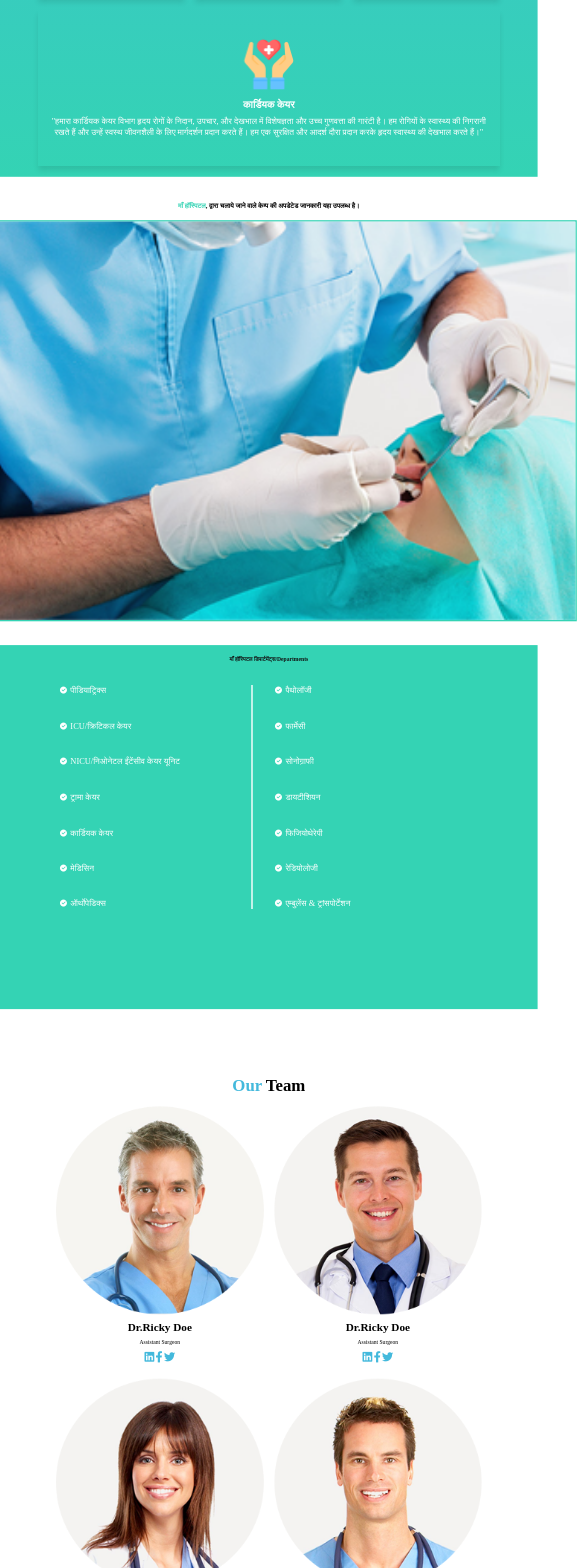
Repository: Aayush919/test
Page: index.html
These files come from the project's save history. The page is drawn as it stood at one moment and after the next save; the edit follows.
The browser window is 768 px wide. The page is 824 px wide, so the pictures cover 824 px, including what lies to the right of the window. The pictures show the part of the page from y = 1651 to 3891 px (the page is 4634 px tall), at 70% of full size.

Above is the page before, as saved 2023-10-15 08:57:08.

### index.html
<!DOCTYPE html>
<html lang="en">
<head>
    <meta charset="UTF-8">
    <meta http-equiv="X-UA-Compatible" content="IE=edge">
    <meta name="viewport" content="width=device-width, initial-scale=1.0">
    <link href="https://cdn.jsdelivr.net/npm/remixicon@3.5.0/fonts/remixicon.css" rel="stylesheet">
    <link rel="stylesheet" href="fontawesome-free-5.15.3-web/css/all.min.css">
    <link rel="stylesheet" href="style.css">
</head>
<body>
    <header class="header">
        <a href="#" id="logo"><span>माँ </span> हॉस्पिटल <span id="guna">गुना</span></a>

        <nav class="navbar">
        <a href="#">होम</a>
        <a href="#">अबाउट</a>
        <a href="#">गैलरी</a>
        <a href="#">ब्लॉग</a>
        <a href="#">संपर्क</a>

        </nav>

    <div class="icons">
        <i class="ri-linkedin-fill"></i>
        <i class="ri-whatsapp-fill"> </i>

    </div>

<a href="#" id="menu_bars" class="fas fa-bars"></a>
    </header>

   <div class="container">
       <div class="main-text">
           <h2> हमारे पास आपके लिए सर्वोत्तम चिकित्सा योजना विकल्प हैं !</h2>
           <button>संपर्क</button>
       </div>
   </div>
<!-- services we provide -->
<div class="service-section">
    <h2 id="ourservices">हमारी सर्विसेज</h2>
    <div class="inner-service-section">
        <div class="service-box">
            <img src="./images/opd.png" alt="">
        <h2 >मल्टी-स्पेशिलिटी OPD सर्विसेज</h2>
        <p><span>"माँ हॉस्पिटल गुना</span>, आपके लिए मल्टी-स्पेशियलिस्ट आउटपेशेंट डिपार्टमेंट (OPD) सेवा प्रदान करता है, जहाँ रोगियों को विभिन्न चिकित्सा क्षेत्रों के विशेषज्ञों का साथ एक ही छत के नीचे प्राप्त होता है।"</p>
        </div>
        <div class="service-box">
             <img src="./images/em.png" alt="">
        <h2>24*7 इमरजेंसी सर्विसेज</h2>

        <p>
            <span>"माँ हॉस्पिटल गुना</span>, 24*7 ( इमरजेंसी सर्विसेज ) आपातकालीन सेवाएँ प्रदान करते हैं, यानि हमेशा आपके स्वास्थ्य की देखभाल के लिए तैयार खड़े हैं, चाहे रात या दिन
            के किस भी समय हो।"
     </p>
        </div>
        <div class="service-box">
            <img src="./images/icu.png" alt="">
        <h2>ICU/क्रिटिकल केयर</h2>
        <p><span>"माँ हॉस्पिटल गुना</span>, में ICU और गंभीर देखभाल विभाग उन रोगियों के लिए है जो जीवन संकट की स्थिति में हैं। हम उनके लिए उनकी स्वास्थ्य स्थिति की सख्त निगरानी और उच्च गुणवत्ता वाला उपचार प्रदान करने के लिए समर्पित हैं।"
        </p>
        </div>

        <div class="service-box">
            <img src="./images/nicu.png" alt="">
        <h2>NICU/निओनेटल ईंटेंसीव केयर यूनिट</h2>
        <p><span>"माँ हॉस्पिटल गुना</span>,में NICU एक अलग शिशु चिकित्सा इकाई है, जिसमें अलग से जन्म वाले और बाहर से आए शिशुओं के लिए विशेष सेवाएँ उपलब्ध हैं। हम शिशुओं की स्वास्थ्य स्थिति की देखभाल करने और उनके जीवन को बचाने के लिए सशक्त प्रतिबद्ध हैं।"</p>
        </div>
    </div>


    <div class="inner-service-section">
        <div class="service-box">
            <img src="./images/pharmacy.png" alt="">
        <h2>24*7 फार्मेसी </h2>
        <p>"हम 24*7 फार्मेसी सेवा प्रदान करते हैं, ताकि आपको दवाओं और आवश्यक स्वास्थ्य सामग्री की आवश्यकता होने पर भी दिन रात किसी भी समय मिल सके।"
        </p>
        </div>
        <div class="service-box">
          <img src="./images/pathology.png" alt="">
        <h2>पैथोलॉजी</h2>
        <p>"हमारा पैथोलॉजी लैब उच्च गुणवत्ता वाली पथोलॉजी सेवाएँ प्रदान करता है और रोगीयों के निदान और चिकित्सा की सही दिशा में मदद करता है।"</p>
        </div>
        <div class="service-box">
          <img src="./images/ambulance.png" alt="">
        <h2>24*7 एम्बुलेंस</h2>
        <p>"हम एम्बुलेंस सेवा और यातायात की सुविधा प्रदान करते हैं, ताकि आपके स्वास्थ्य आवश्यकता के समय हमारे द्वारा आपको त्वरित और सुरक्षित रूप से पहुंचाया जा सके।"</p>
        </div>

        <div class="service-box">
       <img src="/images/cardiac.png" alt="">
        <h2>कार्डियक केयर</h2>
        <p>"हमारा कार्डियक केयर विभाग हृदय रोगों के निदान, उपचार, और देखभाल में विशेषज्ञता और उच्च गुणवत्ता की गारंटी है। हम रोगियों के स्वास्थ्य की निगरानी रखते हैं और उन्हें स्वस्थ जीवनशैली के लिए मार्गदर्शन प्रदान करते हैं। हम एक सुरक्षित और आदर्श दौरा प्रदान करके हृदय स्वास्थ्य की देखभाल करते हैं।"</p>
        </div>
    </div>
</div>





<div class="work-section">
    <div class="inner-work-section">
        <h2><span>माँ हॉस्पिटल</span>, द्वारा चलाये जाने वाले केम्प की अपडेटेड जानकारी यहा उपलब्ध है।
        </h2>
        <img src="./images/gallery 1.png" alt="">
        </div>
</div>


<!-- our gallery -->
<div class="depart">
    <h1>माँ हॉस्पिटल डिपार्टमेंट्स/Departments</h1>
    <div id="keyservice">
        <div id="bx1">
            <h3><span><i class="ri-checkbox-circle-fill"></i></span><a href="#pg1">पीडियाट्रिक्स</a></h3>
            <h3><span><i class="ri-checkbox-circle-fill"></i></span><a href="#pg2">ICU/क्रिटिकल केयर</a></h3>
            <h3><span><i class="ri-checkbox-circle-fill"></i></span><a href="#pg4">NICU/निओनेटल ईंटेंसीव केयर यूनिट</a></h3>
            <h3><span><i class="ri-checkbox-circle-fill"></i></span><a href="#pg5">ट्रामा केयर </a></h3>
            <h3><span><i class="ri-checkbox-circle-fill"></i></span><a href="#pg6">कार्डियक केयर</a></h3>
            <h3><span><i class="ri-checkbox-circle-fill"></i></span><a href="#pg9">मेडिसिन</a></h3>
            <h3><span><i class="ri-checkbox-circle-fill"></i></span><a href="#pg3">ऑर्थोपेडिक्स</a></h3>

        </div>
        <div id="bx2">
            <h3><span><i class="ri-checkbox-circle-fill"></i></span><a href="#pg8">पैथोलॉजी
            </a></h3>
            <h3><span><i class="ri-checkbox-circle-fill"></i></span><a href="#pg7">फार्मेसी</a></h3>
            <h3><span><i class="ri-checkbox-circle-fill"></i></span><a href="#pg10">सोनोग्राफी</a></h3>
            <h3><span><i class="ri-checkbox-circle-fill"></i></span><a href="#pg11">डायटीशियन</a></h3>
            <h3><span><i class="ri-checkbox-circle-fill"></i></span><a href="#pg12">फिजियोथेरेपी
            </a></h3>
            <h3><span><i class="ri-checkbox-circle-fill"></i></span><a href="#pg13">रेडियोलोजी</a></h3>
            <h3><span><i class="ri-checkbox-circle-fill"></i></span><a href="#pg14">एम्बुलेंस &  ट्रांसपोर्टेशन </a></h3>

        </div>
    </div>
</div>
<!-- our gallery ended -->

<!-- our team seaction -->
<div class="ourteam-section">
    <h2><span>our</span> team</h2>
    <div class="ourteam-inner">
        <div class="section-box">
            <img src="images/ourteam1.png" alt="">
            <h3>Dr.Ricky Doe</h3>
            <p>assistant surgeon</p>
            <div class="team-social-links">
                <i class="fab fa-linkedin"></i>
                <i class="fab fa-facebook-f"></i>
                <i class="fab fa-twitter"></i>
            </div>
        </div>
        <div class="section-box">
            <img src="images/ourteam2.png" alt="">
            <h3>Dr.Ricky Doe</h3>
            <p>assistant surgeon</p>
            <div class="team-social-links">
                <i class="fab fa-linkedin"></i>
                <i class="fab fa-facebook-f"></i>
                <i class="fab fa-twitter"></i>
            </div>
        </div>
        <div class="section-box">
            <img src="images/ourteam3.png" alt="">
            <h3>Dr.Ricky Doe</h3>
            <p>assistant surgeon</p>
            <div class="team-social-links">
                <i class="fab fa-linkedin"></i>
                <i class="fab fa-facebook-f"></i>
                <i class="fab fa-twitter"></i>
            </div>
        </div>
        <div class="section-box">
            <img src="images/ourteam4.png" alt="">
            <h3>Dr.Ricky Doe</h3>
            <p>assistant surgeon</p>
            <div class="team-social-links">
                <i class="fab fa-linkedin"></i>
                <i class="fab fa-facebook-f"></i>
                <i class="fab fa-twitter"></i>
            </div>
        </div>

    </div>

</div>
<!-- our team seaction -->

<!-- creating footer -->

<div class="main-footer">
    <div class="inner-footer">
        <h2>get in touch</h2>
        <a href="#">dummy</a>
        <a href="#">dummy</a>
        <a href="#">dummy</a>
        <a href="#">dummy</a>
        <a href="#">dummy</a>
    </div>

    <div class="inner-footer">
        <h2>quick links</h2>
        <a href="#">dummy</a>
        <a href="#">dummy</a>
        <a href="#">dummy</a>
        <a href="#">dummy</a>
        <a href="#">dummy</a>
    </div>

    <div class="inner-footer">
        <h2>services</h2>
        <a href="#">dummy</a>
        <a href="#">dummy</a>
        <a href="#">dummy</a>
        <a href="#">dummy</a>
        <a href="#">dummy</a>
    </div>
</div>

<!-- creating footer -->




















    <script src="script.js"></script>
</body>
</html>




<!-- <div class="gel">

    <div class="galleryheading">
        <h2>हमारी <span> गैलरी</span></h2>
    </div>
    <div class="gallery">
        <img src="./images/gallery 1.png" alt="">
        <img src="./images/gallery 1.png"  alt="">
        <img src="./images/gallery3.png" alt="">
        <img src="./images/gallery 4.png" alt="">
        <img src="./images/gallery5.png" alt="">
        <img src="./images/gallery6.png" alt="">
        <img src="/images/gallery6.png" alt="">
        <img src="/images/gallery6.png" alt="">
        <img src="/images/gallery6.png" alt="">
    </div>

</div> -->

### style.css
@import url('https://fonts.googleapis.com/css2?family=Roboto:wght@100;300;400;500;700&display=swap');
:root{
    --fontcolor:#43b9dc;
    --backgroundcolor:#34d3b4;
}
*{
    margin: 0;
    padding: 0;
    font-family:gilroy;
    box-sizing: border-box;
    transition: all .2s linear;
    text-transform: capitalize;
    text-decoration: none;
}
html{
    font-size: 62.5%;
    overflow-x: hidden;
    scroll-behavior: smooth;
}
header{
    position: fixed;
    top: 0;
    left: 0;
    right: 0;
    padding: 2rem 7%;
    display: flex;
    justify-content: space-between;
    align-items: center;
    background:white;
    box-shadow: 0 1rem 1rem rgb(0, 0, 0, .1);
    z-index: 10000000;
}
#guna{
    font-size: 15px;

}
header #logo{
    font-size: 3rem;
    color: black;
}
header #logo span{
    color: var(--fontcolor);
}
header .navbar a{
    font-weight: 600;

    font-size: 1.8rem;
    color: var(--fontcolor);
    margin-left: 1.5rem;
}
.icons i{
font-size: 2rem;
color: var(--fontcolor);
margin-left: 1rem;
}
header #menu_bars{
    font-size: 2rem;
    color: var(--fontcolor);
    display: none;
}
header .navbar.active{
    left: 0;
    transition: .5s;
}
.main-image{

    background-repeat: no-repeat;
    background-size: cover;
    background-position: center;
    width: 100%;
    margin-top: 75px;
    height: 100vh;
}
.container{
    background: url("./images/headerimage.jpg");
    width: 100%;
    padding-top: 8.5rem;
    background-position: center;
    background-size: cover;
    background-repeat: no-repeat;
    height: 100vh;
}
.container .main-text{
    width: 50%;
    position: absolute;
    top: 200px;
    padding: 0 2rem;
    text-align: center;
}
.container .main-text h2{
    font-size: 40px;
    color: #fff;
    padding-bottom: 1.5rem;
}
.container .main-text button{
    padding: 1.5rem 3.5rem;
    background: #3FC1D1;
    color: white;
    border: none;
    border-radius:1px;

    font-weight: 700;
}
.service-section{
    padding: 2rem 7%;
    background: linear-gradient(#43b9dc, #34d3b4);
    min-height: 50vh;
}
#ourservices{
    color: white;
    font-size: 30px;
    padding: 2rem 0;
    text-align: center;
}
.inner-service-section{
    display: flex;
    flex-wrap: wrap;
    gap: 15px;
    justify-content: center;
    text-align: center;
}
.service-box{
    flex: 1 1 200px;
    padding: 5rem 0;
    box-shadow: 0 1rem 1rem rgba(0, 0, 0, .1);
}
.service-box img{
    color: white;
     height: 10rem;
    padding: .5rem 0;
}

.service-box h2{
    color: white;
    font-size: 1.8rem;
    padding: 1rem 0;
}
.service-box p{
    color: white;
    font-size: 1.5rem;
    padding: 0 1rem;
}
.work-section{
    padding: 4rem 7%;
    display: grid;
    grid-template-columns: 2fr 1fr;
    justify-content: center;

}
.inner-work-section img{
    width:  110rem;
    border: 2px solid #34d3b4;
    margin-top: 10px;
}
.inner-work-section h2{
    font-size: 2rem;
    padding: .5rem 0;

}
.inner-work-section h2 span{
    color:#34d3b4;

}
.scnclass{
    padding: 0 1rem;
}
.myimages{
    display: grid;
    grid-template-columns: 1fr 1fr;
    padding-top: 1rem;
}
.btn{
    padding: 1rem 3rem;
    background: var(--backgroundcolor);
    border-radius: 15px;
   display: inline-block;
   color: white;
   font-size: 18px;
   margin-top: 5px;
}
.creative-text{
    padding: 2rem 0;
}
.depart{
    background: var(--backgroundcolor);
    min-height: 85vh;
    padding: 2rem 9%;
}
.depart h1{
    color:#111;
    display: flex;
    align-self: center;
    justify-content: center;
    font-size: 2rem;
}

/* .galleryheading{ */
    /* color: #111;
    padding: 2rem 0;
    text-align: center;
    font-size: 20px;
}
.galleryheading span{
    color: var(--fontcolor);
}
.main-gallery .gallery-box{
    flex: 1 1 300px;
}
.main-gallery{
    display: flex;
    flex-wrap: wrap;
    gap: 15px;
}
.gallery-box img{
    width: 100%;
} */
.ourteam-section{
    padding: 10rem;
}
.ourteam-section h2{
    padding: 2rem;
    font-size: 3rem;
    text-align: center;
}
.ourteam-section h2 span{
    color: var(--fontcolor);
}
.ourteam-inner{
    display: flex;
    flex-wrap: wrap;

    text-align: center;
    gap: 15px;
}
.ourteam-inner .section-box{
    flex: 1 1 250px;
}
.ourteam-inner .section-box img{
    width: 100%;
}
.section-box h3{
    padding: 1rem 0;
    font-size: 2rem;
}
.team-social-links i{
    color: var(--fontcolor);
    font-size: 2rem;
    padding:1rem 0;
}
.main-footer{
    display: flex;
    flex-wrap: wrap;
    justify-content: space-between;
    background: #222;
    padding: 2rem 9%;
    height: 70vh;
}
.inner-footer{
    flex: 1 1 200px;
}
.inner-footer h2{
    color: white;
    font-size: 2rem;
    padding: 2rem 0;
}
.inner-footer a{
    display: block;

    color: white;
    font-size: 1.5rem;
    padding: 1rem;
}












@media (max-width:768px) {
    html{
        font-size: 50%;
    }
    header #menu_bars{
        display: initial;
    }

    header .navbar{
        position: absolute;
        top: 100%;
        left: 100%;
        right: 0;
        background: var(--backgroundcolor);
        height: 100vh;
        text-align: center;

    }
    header .navbar a{
        display: block;

        background: white;
        margin-top: 1rem;
        padding: 2rem;
        width: 90%;
        border-radius: 10px;
    }
    .container .main-text{
        width: 70%;
        padding: 0 ;
    }
   .work-section{
       display: grid;
       grid-template-columns: 1fr;

   }
   .myimages img{
       width: 100%;
   }
   .btn{
       display: block;
   }
   .inner-work-section h2{
    font-size:1.2rem;
   display: flex;
   flex-wrap: wrap;
   align-self:center;
   justify-content: center;
}

.depart{
    background: var(--backgroundcolor);
    min-height:65vh;
    padding: 2rem 9%;
}

.depart h1{
    color:#111;
    display: flex;
    align-self: center;
    justify-content: center;
    font-size: 1rem;
}

}

/*
.gallery{
    display: grid;
    grid-template-columns: repeat(3, 1fr);
    gap: 1vh;
    margin-inline: auto;
    max-width: 70rem;

    background: #141414;
    background: var(--backgroundcolor);
    padding: 1vh;
}

 .gallery > img{
    width: 100%;
    aspect-ratio: 1 / 1;
    object-fit: cover;
    transition: all 0.3s ease;
    border-radius:2px;

}

.gallery:has(img:hover) img:not(:hover) {
    scale: 0.8;
    opacity: 0.5;
    filter: grayscale(70%);
}
 */


#keyservice {
    padding-top: 4vw;
    padding-left: 2vw;
    font-family: g-r;
    /* background-color: crimson; */
    height: 55vh;
    display: flex;
    justify-content: space-between;
}

#keyservice h3 {
    color: #ffffff;
    display: flex;
    cursor: pointer;
    font-family: g-r;
    font-weight: 300;
    font-size: 1.5rem;

     line-height: 2rem;

}

#keyservice h3:hover {
    color: yellow;
    font-weight: 500;
}

#keyservice h3 span {
    color: #ffffff;
    margin-right: 4px;
}

#keyservice h3 a {
    text-decoration: none;
    color: #fff;
}

#keyservice h3 a:hover {
    color: yellow;
}

#bx1 {
    /* background-color: #77b9d7; */
    height: 40vh;
    display: flex;
    flex-direction: column;
    justify-content: space-between;
    width: 45%;
    border-right: 2px solid white;
}

#bx2 {
    height: 40vh;
    display: flex;
    flex-direction: column;
    justify-content: space-between;
    /* height: 25.5vh; */
    width: 50%;
    /* background-color: #9477d7; */
}

### script.js
let menubtn =document.querySelector('#menu_bars');
let mynav =document.querySelector('.navbar');

menubtn.onclick = () =>{
    menubtn.classList.toggle('fa-times');
    mynav.classList.toggle('active');
}

Loaded but not shown: fontawesome-free-5.15.3-web/css/all.min.css (library)

After the next save:
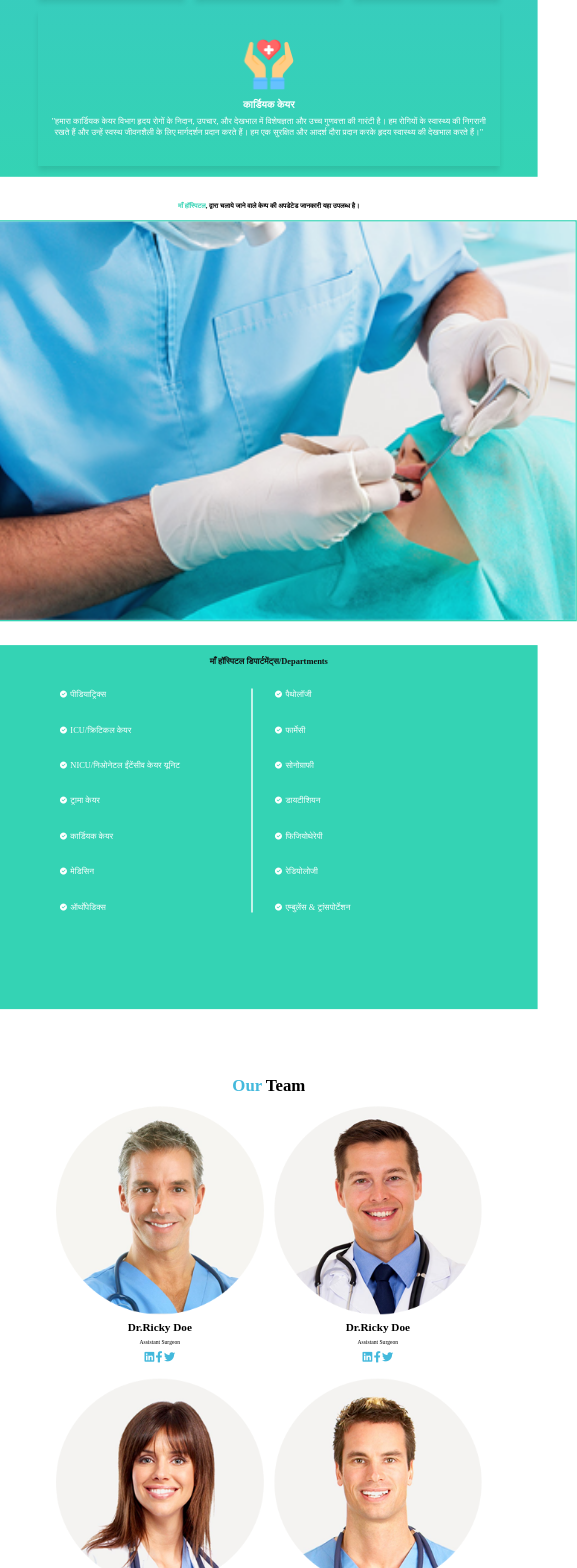
Saved 6 s later.
--- a/style.css
+++ b/style.css
@@ -343,7 +343,7 @@ header .navbar.active{
     display: flex;
     align-self: center;
     justify-content: center;
-    font-size: 1rem;
+    font-size: 1.5rem;
 }
 
 }
